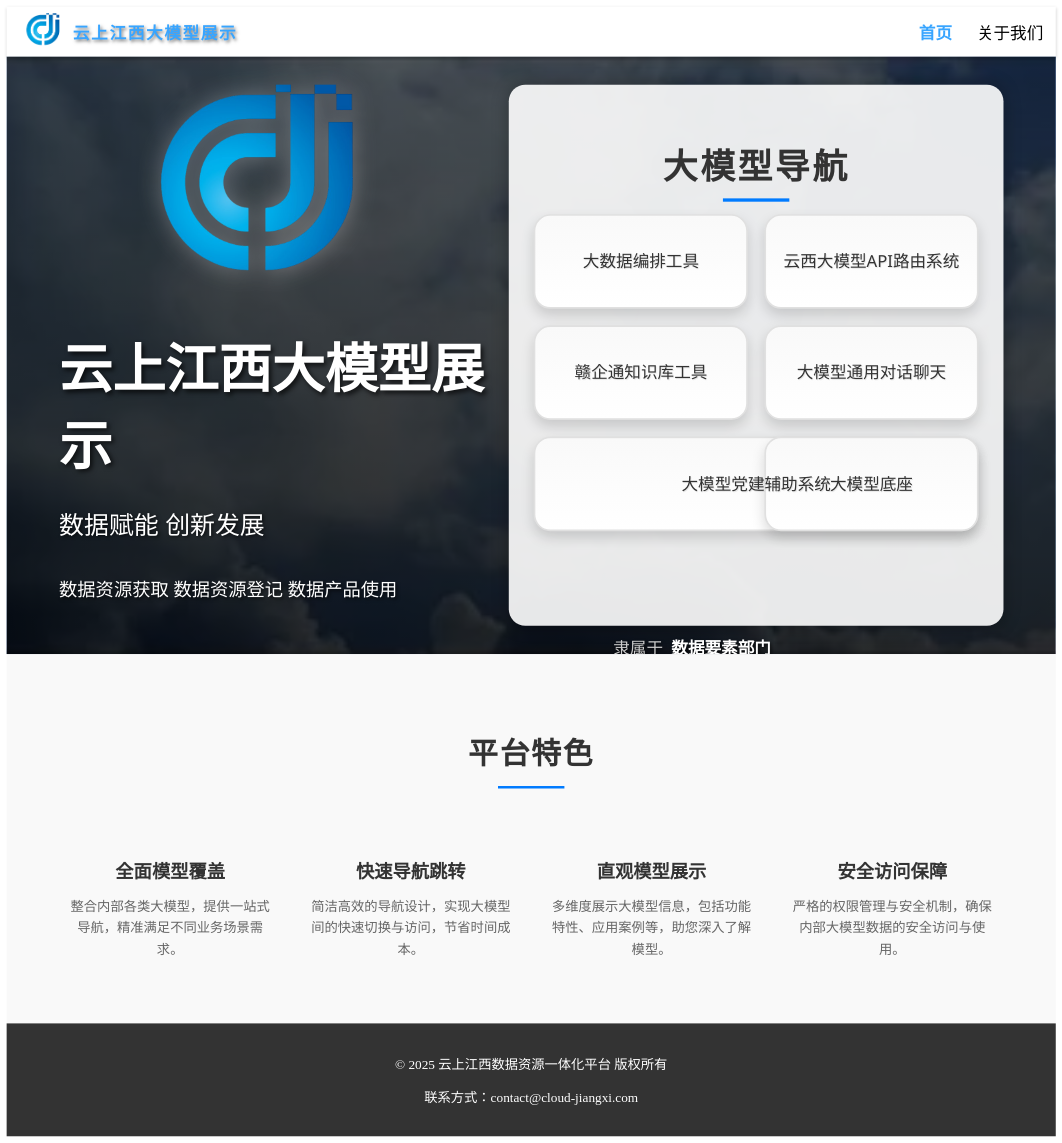
Repository: Felix-yifengyang/ysjx-model-nav
Page: /
An editor plug-in stored every save of this project. The page is shown before and after the next save, followed by the edit.
The browser window is 1280 px wide. The pictures show the whole page, at 83% of full size.
The project was rebuilt for these pictures with package versions that can differ from the ones it lists, and the page was loaded fresh each time. Also part of the build but not shown: vite.config.ts, src/About.vue.

Above is the page before, as saved 2025-02-21 09:27:39.

### src/main.ts
import { createApp } from 'vue';
import App from './App.vue';
import router from '../router/index.ts';

const app = createApp(App);
app.use(router);
app.mount('#app');

### src/App.vue
<template>
    <Header />
    <router-view></router-view>
  </template>

  <script setup>
  import Header from './components/Header.vue';
  </script>

  <style scoped>
  </style>

### router/index.ts
import { createRouter, createWebHistory } from 'vue-router';
import Home from '../src/Home.vue';
import About from '../src/About.vue';

const routes = [
  {
    path: '/',
    name: 'Home',
    component: Home
  },
  {
    path: '/about',
    name: 'About',
    component: About
  }
];

const router = createRouter({
  history: createWebHistory(),
  routes
});

export default router;

### src/components/Header.vue
<template>
  <header :class="{ 'scrolled': isScrolled }">
    <div class="logo-wrapper">
      <div class="logo">
        <img src="../assets/ysjx-logo-noword.png" alt="云上江西 logo">
      </div>
      <span class="platform-name">云上江西大模型展示</span>
    </div>
    <nav>
      <ul>
        <li>
          <router-link
            to="/"
            :active-class="isActive('/') ? 'active' : ''"
          >
            首页
          </router-link>
        </li>
        <li>
          <router-link
            to="/about"
            :active-class="isActive('/about') ? 'active' : ''"
          >
            关于我们
          </router-link>
        </li>
      </ul>
    </nav>
  </header>
</template>

<script setup>
import { ref, onMounted, onUnmounted, computed } from 'vue';
import { useRoute } from 'vue-router';

const isScrolled = ref(false);
const route = useRoute();

const isActive = (path) => {
  return route.path === path;
};

const handleScroll = () => {
  isScrolled.value = window.scrollY > 0;
};

onMounted(() => {
  window.addEventListener('scroll', handleScroll);
});

onUnmounted(() => {
  window.removeEventListener('scroll', handleScroll);
});
</script>

<style scoped>
header {
  background-color: #ffffff;
  color: rgb(0, 0, 0);
  padding: 15px;
  height: 30px;
  display: flex;
  justify-content: space-between;
  align-items: center;
  position: sticky; /* 使导航栏固定在页面顶部 */
  top: 0; /* 固定在页面顶部 */
  z-index: 100; /* 确保导航栏显示在其他元素之上 */
  transition: all 0.3s ease;
  box-shadow: 0 2px 4px rgba(0, 0, 0, 0.2);
}

.logo-wrapper {
  display: flex;
  align-items: center;
}

.logo img {
  width: auto;
  height: 40px;
  margin-right: 5px;
}

.platform-name {
  font-family: 'Segoe UI', Tahoma, Geneva, Verdana, sans-serif;
  font-size: 20px;
  font-weight: bold;
  color: #38a5ff;
  text-shadow: 2px 2px 4px rgba(0, 0, 0, 0.5);
  transition: all 0.3s ease;
  letter-spacing: 2px;
}

nav ul {
  list-style-type: none;
  margin: 0;
  padding: 0;
  display: flex;
}

nav ul li {
  margin-left: 30px;
}

nav ul li a {
  color: rgb(0, 0, 0);
  text-decoration: none;
  font-size: 20px;
}

nav ul li a:hover {
  text-decoration: underline;
}

header.scrolled {
  background-color: rgba(228, 228, 228, 0.9); /* 半透明背景 */
  padding: 15px; /* 减少内边距 */
}
header.scrolled .platform-name {
  font-size: 18px; /* 减小字体大小 */
}

/* 高亮显示的样式 */
.active {
  color: #38a5ff;
  font-weight: bold;
}
</style>

### src/Home.vue
<template>
  <div id="home">
    <HeroSection />
    <FeatureSelection />
    <Footer />
  </div>
</template>

<script setup>
import HeroSection from './components/HeroSection.vue'
import FeatureSelection from './components/FeatureSelection.vue'
import Footer from './components/Footer.vue'
</script>

<style scoped>
body {
  margin: 0;
  padding: 0;
  font-family: Arial, sans-serif;
}
</style>

### src/components/HeroSection.vue
<template>
    <section class="hero">
        <!-- 为背景添加半透明遮罩层 -->
        <div class="hero-overlay"></div>
        <div class="hero-content">
            <div class="hero-logo-content-wrapper">
                <div class="hero-logo">
                    <img src="../assets/ysjx-logo-noword.png" alt="云上江西 logo">
                </div>
                <div class="hero-text-content">
                    <h2 class="hero-title">云上江西大模型展示</h2>
                    <p class="hero-slogan">数据赋能 创新发展</p>
                    <p class="hero-features">数据资源获取 数据资源登记 数据产品使用</p>
                </div>
            </div>
            <div class="department-info">
                <span class="department-label">隶属于</span>
                <span class="department-name">数据要素部门</span>
            </div>
            <!-- 合并进来的 ShowcaseSection 内容 -->
            <div class="showcase-section">
                <h2>大模型导航</h2>
                <div class="showcase-container">
                    <!-- 第一个矩形 -->
                    <a href="http://106.227.19.2:28088/apps" class="showcase-item item-1">
                        <p class="description">大数据编排工具</p>
                    </a>
                    <!-- 第二个矩形 -->
                    <a href="http://106.227.19.14:16105/" class="showcase-item item-2">
                        <p class="description">云西大模型API路由系统</p>
                    </a>
                    <!-- 第三个矩形 -->
                    <a href="http://10.9.55.36:12300/" class="showcase-item item-3">
                        <p class="description">赣企通知识库工具</p>
                    </a>
                    <!-- 第四个矩形 -->
                    <a href="http://106.227.19.14:16104/" class="showcase-item item-4">
                        <p class="description">大模型通用对话聊天</p>
                    </a>
                    <!-- 第五个矩形 -->
                    <a href="http://106.227.19.2:26011/" class="showcase-item item-5">
                        <p class="description">大模型党建辅助系统</p>
                    </a>
                    <!-- 第六个矩形 -->
                    <a href="http://www.baidu.com/" class="showcase-item item-6">
                        <p class="description">大模型底座</p>
                    </a>
                </div>
            </div>
        </div>
    </section>
</template>

<script setup>
</script>

<style scoped>
/* 整体背景和基础样式 */
.hero {
    background-image: url('../assets/sample.webp');
    background-size: cover;
    background-position: center;
    height: 100vh; /* 使用视口高度，适应不同屏幕 */
    display: flex;
    align-items: center;
    justify-content: center;
    position: relative;
    overflow: hidden;
}

/* 半透明遮罩层 */
.hero-overlay {
    position: absolute;
    top: 0;
    left: 0;
    width: 100%;
    height: 100%;
    background: linear-gradient(to bottom, rgba(0, 0, 0, 0.6), rgba(0, 0, 0, 0.8)); /* 渐变遮罩 */
}

/* 主要内容区域 */
.hero-content {
    text-align: center;
    color: white;
    z-index: 1;
    padding: 0 20px;
    display: flex;
    flex-direction: row;
    justify-content: space-between;
    width: 90%; /* 调整宽度 */
    max-width: 1400px; /* 增加最大宽度 */
    margin: 0 auto;
    position: relative;
}

/*  logo 和文本内容包装器 */
.hero-logo-content-wrapper {
    display: flex;
    align-items: center;
    flex-direction: column;
    text-align: left;
}

/*  logo 样式 */
.hero-logo {
    width: 350px; /* 调整 logo 宽度 */
    height: auto;
    margin-right: 50px;
    animation: fadeIn 1s ease, scaleIn 1s ease; /* 增加缩放动画 */
}

.hero-logo img {
    width: 100%;
    height: auto;
    filter: drop-shadow(0 0 15px rgba(255, 255, 255, 0.3)); /* 调整投影效果 */
}

/* 文本内容样式 */
.hero-text-content {
    text-align: left;
}

.hero-title {
    font-family: 'Montserrat', sans-serif;
    font-size: 64px; /* 增大标题字体 */
    margin-bottom: 30px;
    text-shadow: 3px 3px 6px rgba(0, 0, 0, 0.7); /* 增强文字阴影 */
    animation: fadeInDown 1s ease, slideInLeft 1s ease; /* 增加滑入动画 */
}

.hero-slogan {
    font-family: 'Open Sans', sans-serif;
    font-size: 30px; /* 增大标语字体 */
    margin-bottom: 40px;
    text-shadow: 2px 2px 4px rgba(0, 0, 0, 0.7);
    animation: fadeInUp 1s ease 0.3s, slideInLeft 1s ease 0.3s; /* 增加滑入动画 */
    opacity: 0;
    animation-fill-mode: forwards;
}

.hero-features {
    font-family: 'Open Sans', sans-serif;
    font-size: 22px; /* 增大功能描述字体 */
    margin-bottom: 30px;
    text-shadow: 2px 2px 4px rgba(0, 0, 0, 0.7);
    animation: fadeInUp 1s ease 0.6s, slideInLeft 1s ease 0.6s; /* 增加滑入动画 */
    opacity: 0;
    animation-fill-mode: forwards;
}

/* 部门信息样式 */
.department-info {
    display: flex;
    align-items: center;
    font-family: 'Open Sans', sans-serif;
    font-size: 20px; /* 增大部门信息字体 */
    text-shadow: 2px 2px 4px rgba(0, 0, 0, 0.7);
    animation: fadeInUp 1s ease 0.9s, slideInRight 1s ease 0.9s; /* 增加滑入动画 */
    opacity: 0;
    animation-fill-mode: forwards;
    position: absolute;
    right: 300px; /* 调整位置 */
    bottom: -40px;
}

.department-label {
    margin-right: 10px;
    color: #ccc;
}

.department-name {
    color: #fff;
    font-weight: bold;
}

/* 展示区域样式 */
.showcase-section {
    width: 50%;
    padding: 30px; /* 增加内边距 */
    background-color: rgba(255, 255, 255, 0.9); /* 增加背景透明度 */
    border-radius: 20px; /* 增大圆角 */
    box-shadow: 0 0 20px rgba(0, 0, 0, 0.3); /* 增强阴影 */
}

.showcase-section h2 {
    font-family: 'Poppins', sans-serif;
    font-size: 42px; /* 增大标题字体 */
    color: #333;
    margin-bottom: 30px;
    text-transform: uppercase;
    letter-spacing: 3px;
    position: relative;
}

.showcase-section h2::after {
    content: '';
    position: absolute;
    bottom: -15px;
    left: 50%;
    transform: translateX(-50%);
    width: 80px; /* 增加下划线宽度 */
    height: 4px; /* 增加下划线高度 */
    background-color: #007BFF;
}

.showcase-container {
    display: grid;
    grid-template-columns: repeat(2, 1fr);
    grid-template-rows: repeat(3, 1fr);
    gap: 20px; /* 增大间距 */
    justify-content: center;
}

.showcase-item {
    background-color: #ffffff;
    border-radius: 20px; /* 增大圆角 */
    box-shadow: 0 8px 16px rgba(0, 0, 0, 0.15); /* 增强阴影 */
    overflow: hidden;
    transition: all 0.3s ease;
    text-decoration: none;
    color: inherit;
    position: relative;
    display: flex;
    justify-content: center;
    align-items: center;
    background-image: linear-gradient(to bottom, #f9f9f9, #ffffff);
    border: 2px solid #e0e0e0; /* 增加边框宽度 */
}

.showcase-item:hover {
    transform: translateY(-10px);
    box-shadow: 0 12px 24px rgba(0, 0, 0, 0.2);
    background-image: linear-gradient(to bottom, #ffffff, #f9f9f9);
    border-color: #a0a0a0;
}

.showcase-item::before {
    content: '';
    position: absolute;
    top: 0;
    left: 0;
    width: 100%;
    height: 100%;
    background-color: rgba(0, 0, 0, 0.08);
    opacity: 0;
    transition: opacity 0.3s ease;
}

.showcase-item:hover::before {
    opacity: 1;
}

.description {
    padding: 20px; /* 增加内边距 */
    font-size: 20px; /* 增大字体 */
    color: #333333;
    font-family: 'Segoe UI', Tahoma, Geneva, Verdana, sans-serif;
    position: relative;
    z-index: 1;
    text-shadow: 1px 1px 1px rgba(0, 0, 0, 0.1);
    text-align: center;
    line-height: 1.5;
}

.item-1 {
    grid-column: 1 / 2;
    grid-row: 1 / 2;
}

.item-2 {
    grid-column: 2 / 3;
    grid-row: 1 / 2;
}

.item-3 {
    grid-column: 1 / 2;
    grid-row: 2 / 3;
}

.item-4 {
    grid-column: 2 / 3;
    grid-row: 2 / 3;
}

.item-5 {
    grid-column: 1 / 3;
    grid-row: 3 / 4;
}

.item-6 {
    grid-column: 2 / 3;
    grid-row: 3 / 4;
}

/* 动画定义 */
@keyframes fadeIn {
    from {
        opacity: 0;
    }
    to {
        opacity: 1;
    }
}

@keyframes scaleIn {
    from {
        transform: scale(0.8);
    }
    to {
        transform: scale(1);
    }
}

@keyframes fadeInDown {
    from {
        opacity: 0;
        transform: translateY(-80px);
    }
    to {
        opacity: 1;
        transform: translateY(0);
    }
}

@keyframes fadeInUp {
    from {
        opacity: 0;
        transform: translateY(80px);
    }
    to {
        opacity: 1;
        transform: translateY(0);
    }
}

@keyframes slideInLeft {
    from {
        transform: translateX(-100px);
    }
    to {
        transform: translateX(0);
    }
}

@keyframes slideInRight {
    from {
        transform: translateX(100px);
    }
    to {
        transform: translateX(0);
    }
}
</style>

### src/components/FeatureSelection.vue
<template>
    <section class="features">
        <h2>平台特色</h2>
        <div class="feature-container">
            <div class="feature" v-for="(item, index) in featureList" :key="index">
                <div class="icon-wrapper">
                    <i :class="item.icon"></i>
                </div>
                <div class="text-content">
                    <h3>{{ item.title }}</h3>
                    <p>{{ item.description }}</p>
                </div>
            </div>
        </div>
    </section>
</template>

<script setup>
import { ref } from 'vue';

const featureList = ref([
    {
        icon: 'fas fa-sitemap',
        title: '全面模型覆盖',
        description: '整合内部各类大模型，提供一站式导航，精准满足不同业务场景需求。'
    },
    {
        icon: 'fas fa-bolt',
        title: '快速导航跳转',
        description: '简洁高效的导航设计，实现大模型间的快速切换与访问，节省时间成本。'
    },
    {
        icon: 'fas fa-eye',
        title: '直观模型展示',
        description: '多维度展示大模型信息，包括功能特性、应用案例等，助您深入了解模型。'
    },
    {
        icon: 'fas fa-lock',
        title: '安全访问保障',
        description: '严格的权限管理与安全机制，确保内部大模型数据的安全访问与使用。'
    }
]);
</script>

<style scoped>
.features {
    padding: 60px 20px;
    background-color: #f9f9f9;
    text-align: center;
}

.features h2 {
    font-family: 'Poppins', sans-serif;
    font-size: 36px;
    color: #333;
    margin-bottom: 60px;
    text-transform: uppercase;
    letter-spacing: 2px;
    position: relative;
}

.features h2::after {
    content: '';
    position: absolute;
    bottom: -20px;
    left: 50%;
    transform: translateX(-50%);
    width: 80px;
    height: 3px;
    background-color: #007BFF;
}

.feature-container {
    display: flex;
    flex-wrap: wrap;
    justify-content: center;
    gap: 40px;
    max-width: 1200px;
    margin: 0 auto;
}

.feature {
    display: flex;
    flex-direction: column;
    align-items: center;
    width: 250px;
    position: relative;
    transition: all 0.3s ease;
}

.feature::after {
    content: '';
    position: absolute;
    bottom: -10px;
    left: 0;
    width: 0;
    height: 2px;
    background-color: #007BFF;
    transition: width 0.3s ease;
}

.feature:hover::after {
    width: 100%;
}

.icon-wrapper {
    font-size: 48px;
    color: #007BFF;
    margin-bottom: 20px;
}

.text-content {
    text-align: center;
}

.text-content h3 {
    font-family: 'Poppins', sans-serif;
    font-size: 22px;
    color: #333;
    margin-bottom: 10px;
}

.text-content p {
    font-family: 'Open Sans', sans-serif;
    font-size: 16px;
    color: #666;
    line-height: 1.6;
}
</style>

### src/components/Footer.vue
<template>
    <footer>
      <p>&copy; 2025 云上江西数据资源一体化平台 版权所有</p>
      <p>联系方式：contact@cloud-jiangxi.com</p>
    </footer>
  </template>

  <script setup>
  </script>

  <style scoped>
  footer {
    background-color: #333;
    color: white;
    text-align: center;
    padding: 20px;
  }
  </style>

Loaded but not shown: index.html (common file)

After the next save:
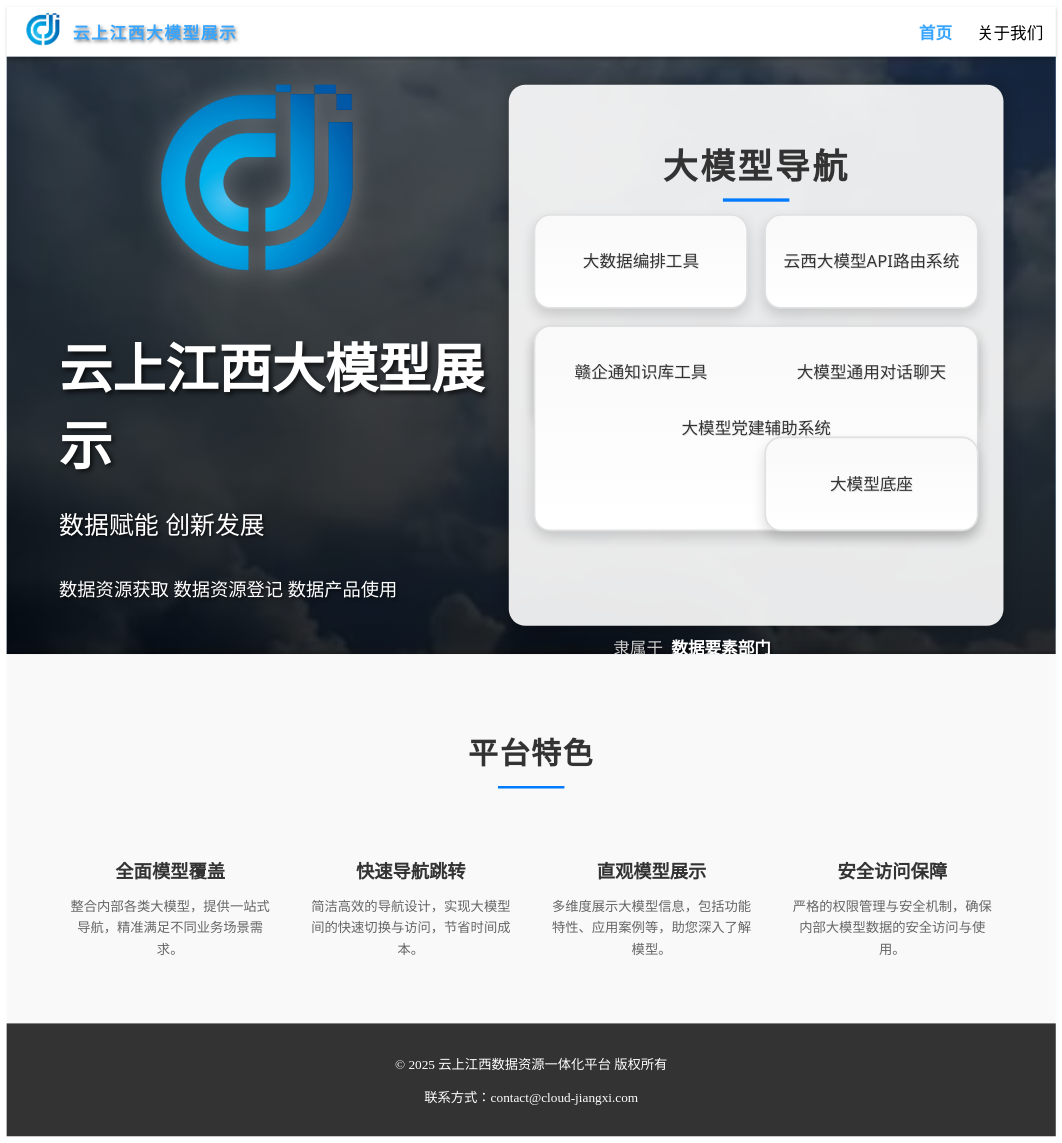
Saved 7 s later.
--- a/src/components/HeroSection.vue
+++ b/src/components/HeroSection.vue
@@ -284,7 +284,7 @@
 
 .item-5 {
     grid-column: 1 / 3;
-    grid-row: 3 / 4;
+    grid-row: 2 / 4;
 }
 
 .item-6 {

After the save that followed:
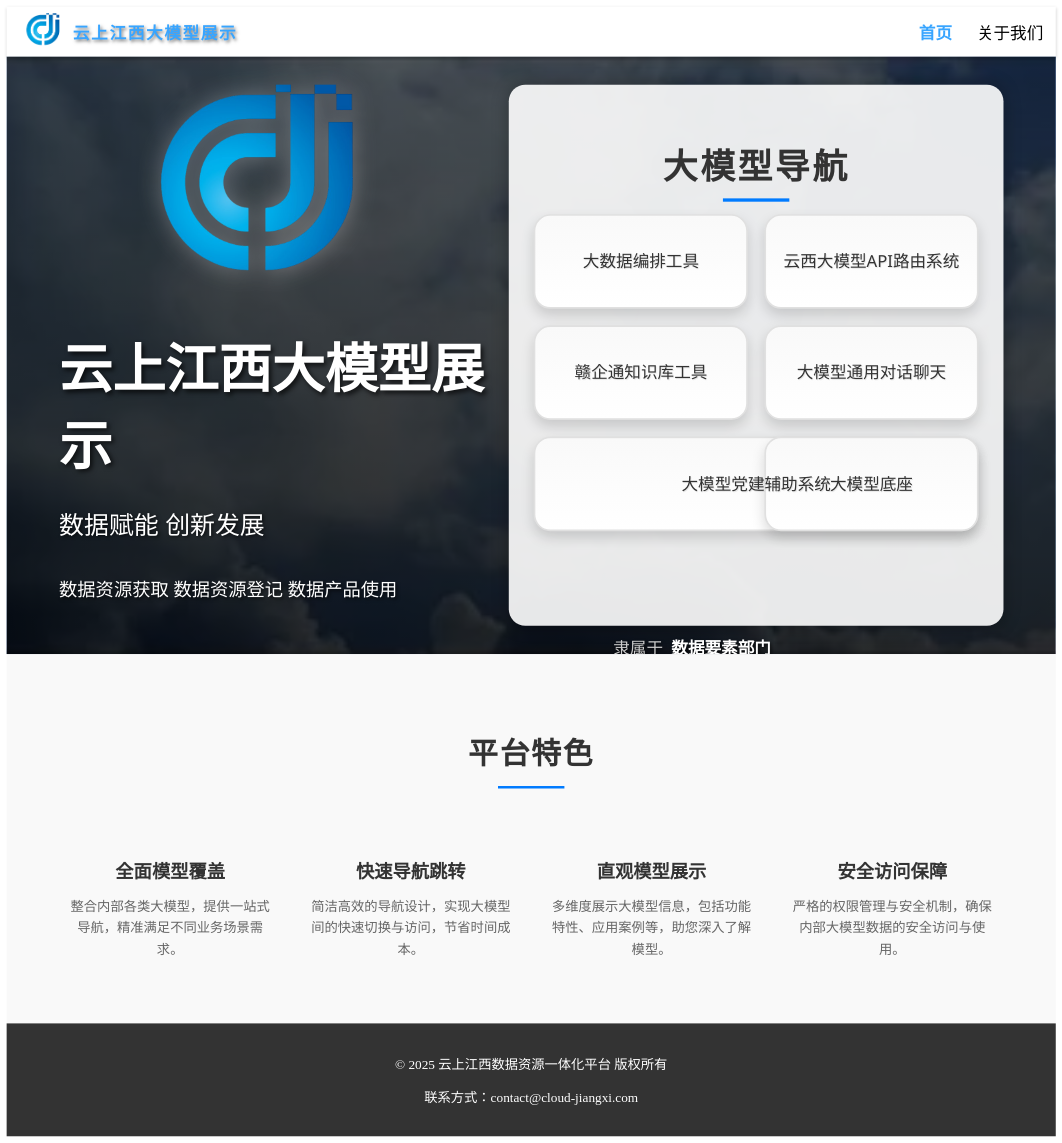
Saved 8 s later.
--- a/src/components/HeroSection.vue
+++ b/src/components/HeroSection.vue
@@ -284,7 +284,7 @@
 
 .item-5 {
     grid-column: 1 / 3;
-    grid-row: 2 / 4;
+    grid-row: 3 / 4;
 }
 
 .item-6 {
